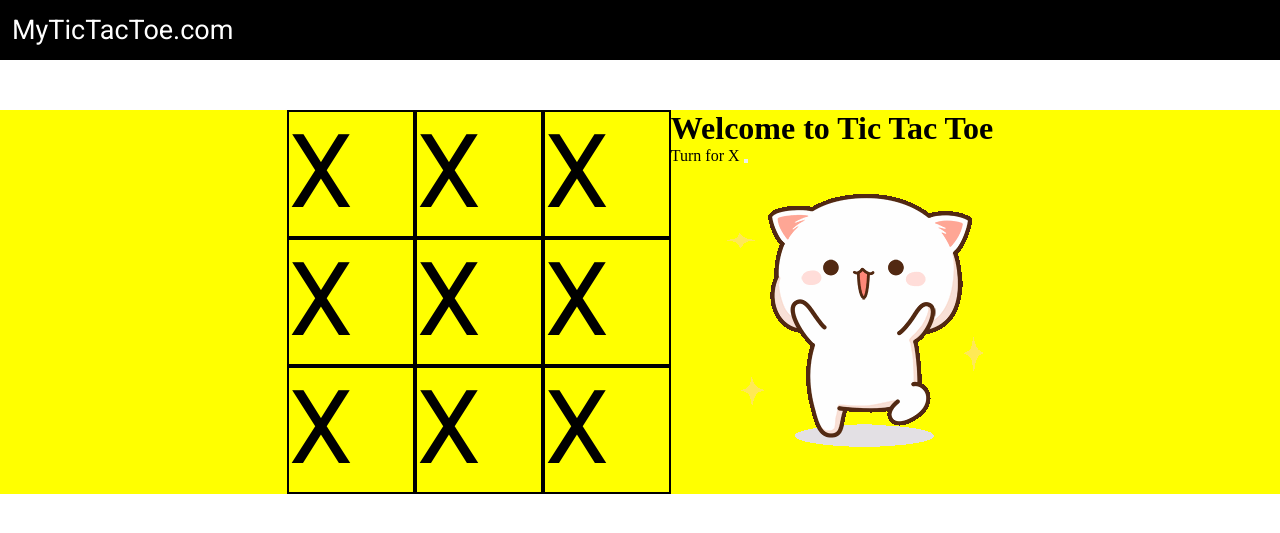
Repository: AshwinUgale/TicTacToe
Page: index.html
The author's editor kept a copy of each file at every save. The page is drawn from the files as they stood at one save, then again after the next save.
The browser window is 1280 px wide. The pictures show the whole page.

Above is the page before, as saved 2024-12-19 09:54:48.

After the next save:
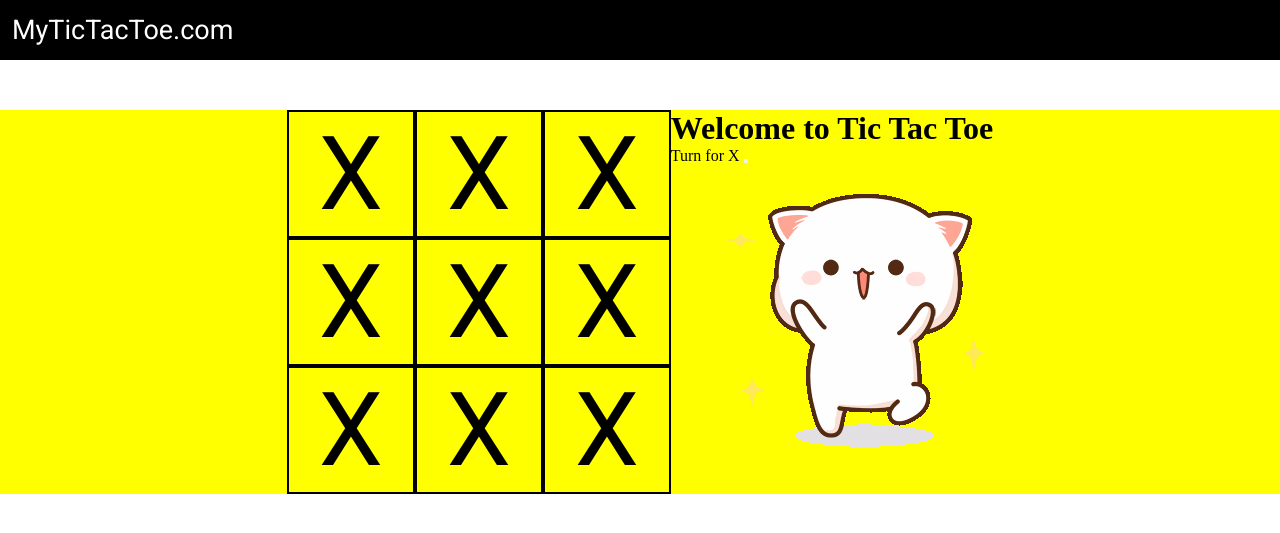
Saved 57 s later.
--- a/style.css
+++ b/style.css
@@ -38,6 +38,9 @@ nav ul{
     border: 2px solid black;
     font-size: 8vw;
     cursor: pointer;
+    display: flex;
+    justify-content: center;
+    align-items: center;
 }
 
 .box:hover{
